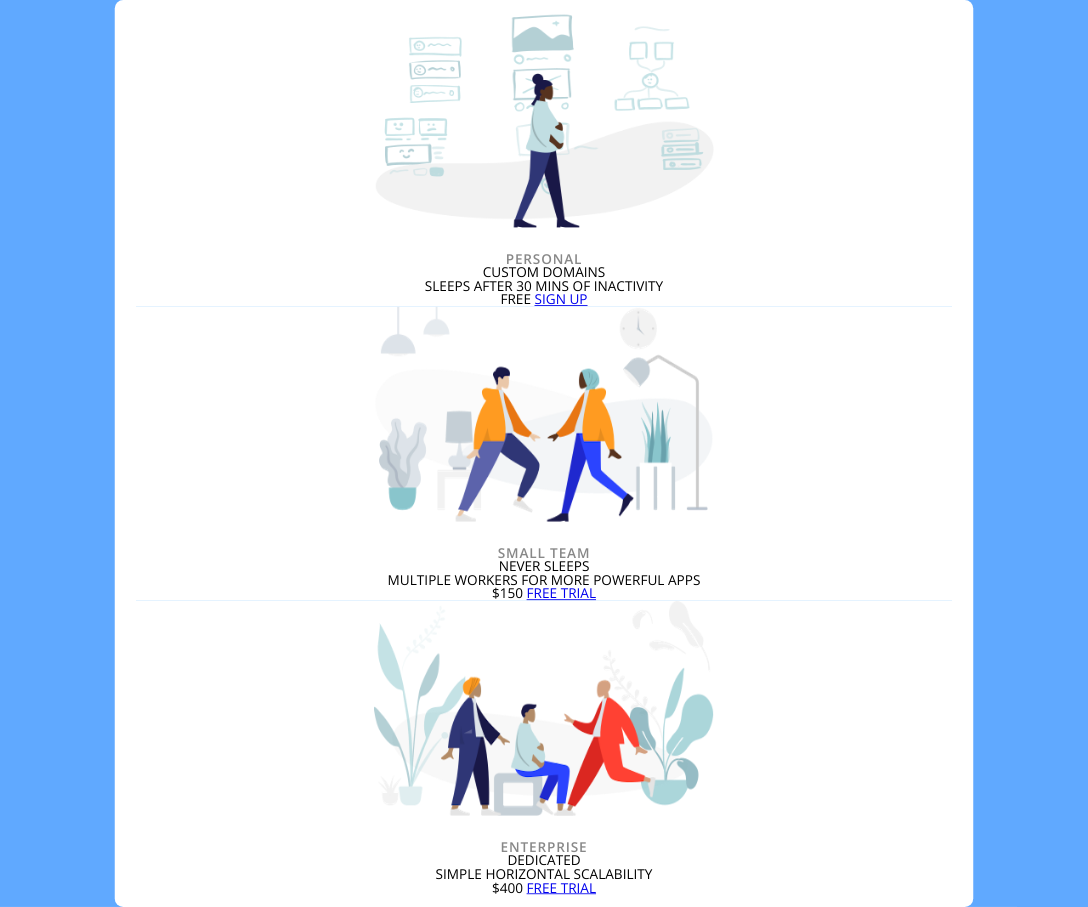
Repository: patrik-fredlund/pricing_panel_udemy
Page: PriceTableStarter/index.html
An editor plug-in stored every save of this project. The page is shown before and after the next save, followed by the edit.
The browser window is 1280 px wide. The pictures show the whole page, at 85% of full size.

Above is the page before, as saved 2021-06-27 13:34:33.

### PriceTableStarter/index.html
<!DOCTYPE html>
<html lang="en">

<head>
    <meta charset="UTF-8">
    <meta name="viewport" content="width=device-width, initial-scale=1.0">
    <title>Price Tiers</title>
    <link rel="stylesheet" href="https://fonts.googleapis.com/css?family=Open+Sans:400,600,700">
    <link rel="stylesheet" href="app.css">
</head>

<body>
    <div class="panel pricing-table">

        <div class="pricing-plan">
            <img src="icons/icon1.png" alt="" class="pricing-img">
            <h2 class="pricing-header">Personal</h2>
            <ul class="pricing-features">
                <li class="pricing-features-item">Custom domains</li>
                <li class="pricing-features-item">Sleeps after 30 mins of inactivity</li>
            </ul>
            <span class="pricing-price">Free</span>
            <a href="#/" class="pricing-button">Sign up</a>
        </div>

        <div class="pricing-plan">
            <img src="icons/icon2.png" alt="" class="pricing-img">
            <h2 class="pricing-header">Small team</h2>
            <ul class="pricing-features">
                <li class="pricing-features-item">Never sleeps</li>
                <li class="pricing-features-item">Multiple workers for more powerful apps</li>
            </ul>
            <span class="pricing-price">$150</span>
            <a href="#/" class="pricing-button is-featured">Free trial</a>
        </div>

        <div class="pricing-plan">
            <img src="icons/icon3.png" alt="" class="pricing-img">
            <h2 class="pricing-header">Enterprise</h2>
            <ul class="pricing-features">
                <li class="pricing-features-item">Dedicated</li>
                <li class="pricing-features-item">Simple horizontal scalability</li>
            </ul>
            <span class="pricing-price">$400</span>
            <a href="#/" class="pricing-button">Free trial</a>
        </div>

    </div>

</body>

</html>

### PriceTableStarter/app.css
/* http://meyerweb.com/eric/tools/css/reset/
   v2.0 | 20110126
   License: none (public domain)
*/

/* ---------------css reset------------------ */

html, body, div, span, applet, object, iframe,
h1, h2, h3, h4, h5, h6, p, blockquote, pre,
a, abbr, acronym, address, big, cite, code,
del, dfn, em, img, ins, kbd, q, s, samp,
small, strike, strong, sub, sup, tt, var,
b, u, i, center,
dl, dt, dd, ol, ul, li,
fieldset, form, label, legend,
table, caption, tbody, tfoot, thead, tr, th, td,
article, aside, canvas, details, embed,
figure, figcaption, footer, header, hgroup,
menu, nav, output, ruby, section, summary,
time, mark, audio, video {
	margin: 0;
	padding: 0;
	border: 0;
	font-size: 100%;
	font: inherit;
	vertical-align: baseline;
}
/* HTML5 display-role reset for older browsers */
article, aside, details, figcaption, figure,
footer, header, hgroup, menu, nav, section {
	display: block;
}
body {
	line-height: 1;
}
ol, ul {
	list-style: none;
}
blockquote, q {
	quotes: none;
}
blockquote:before, blockquote:after,
q:before, q:after {
	content: '';
	content: none;
}
table {
	border-collapse: collapse;
	border-spacing: 0;
}


/* ------------------------------------------- */

html {
    box-sizing: border-box;
    font-family: 'Open Sans', sans-serif;
}

body {
    background-color: #60a9ff;
    display: flex;
    justify-content: center;
    align-items: center;
    min-height: 100vh;
}

.panel {
    background-color: white;
    border-radius: 10px;
    padding: 15px 25px;
    width: 100%;
    max-width: 960px;
    display: flex;
    flex-direction: column;
    text-align: center;
    text-transform: uppercase;
}

.pricing-plan {
    border-bottom: 1px solid #e1f1ff;
}

.pricing-plan:last-child {
    border-bottom: none;
}

.pricing-img {
    margin-bottom: 25px;
    /* width: 100%; */
    max-width: 100%;
}

.pricing-header {
    color: #888;
    font-weight: 600;
    letter-spacing: 1px;
}

After the next save:
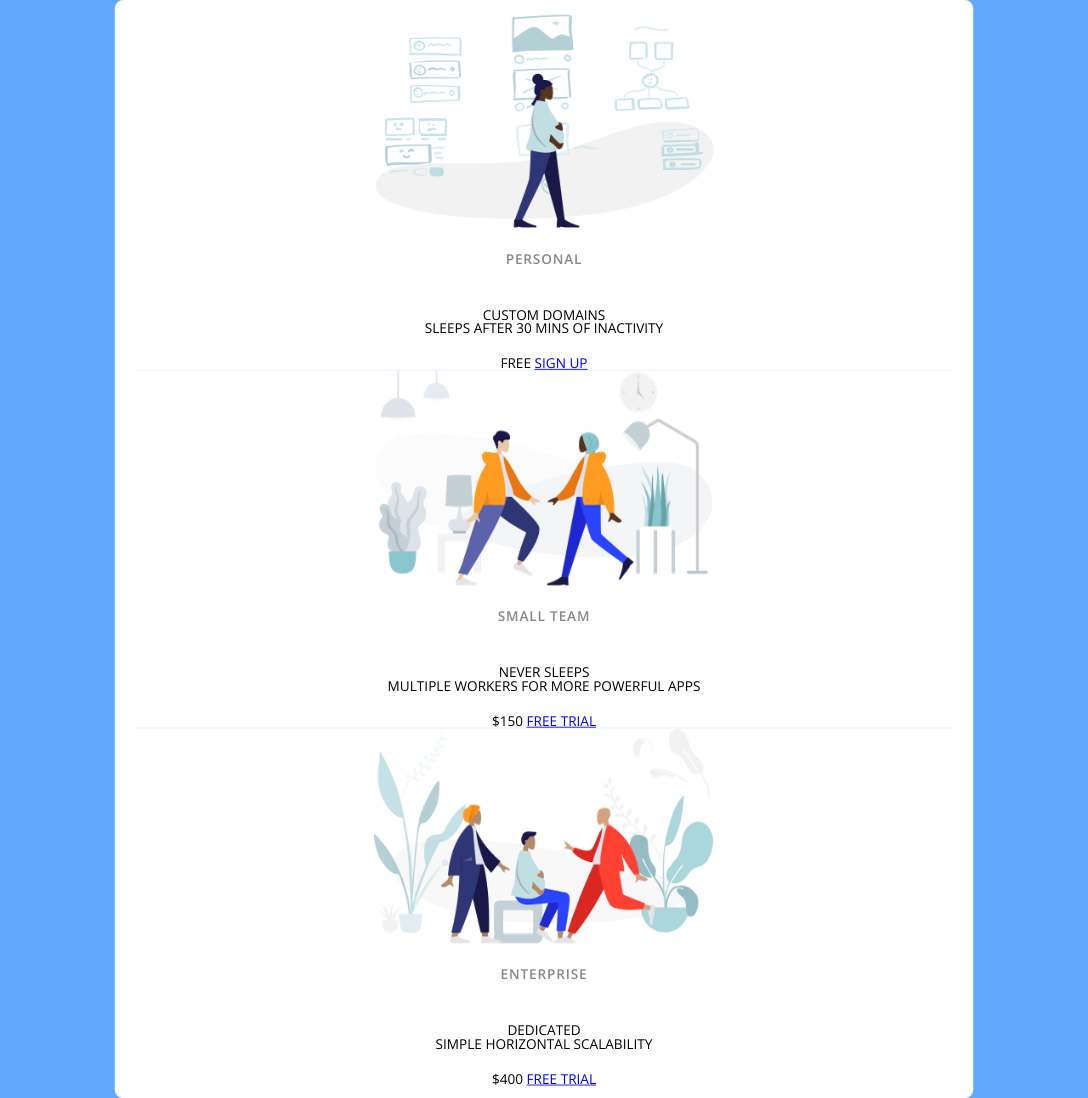
Saved 77 s later.
--- a/PriceTableStarter/app.css
+++ b/PriceTableStarter/app.css
@@ -96,3 +96,7 @@ body {
     font-weight: 600;
     letter-spacing: 1px;
 }
+
+.pricing-features {
+    margin: 50px 0 25px;
+}
